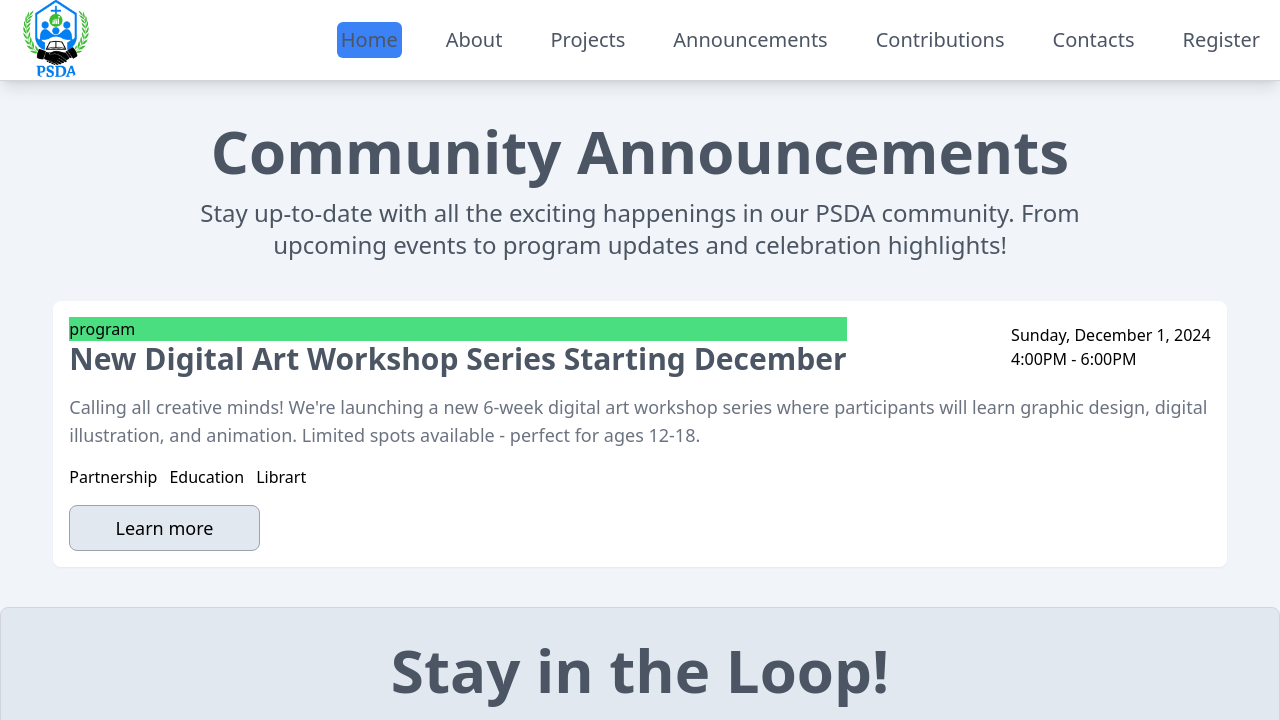
Repository: Zedestar/psda
Page: /announcements
The author's editor kept a copy of each file at every save. The page is drawn from the files as they stood at one save, then again after the next save.
The browser window is 1280 px wide. The pictures show the whole page.
An inner scrolling area shows only its first screen. The project was rebuilt for these pictures with package versions that can differ from the ones it lists, and the page was loaded fresh each time. Also part of the build but not shown: src/components/cards/primary-card.jsx, src/components/cards/two-lines-card.jsx, src/components/homepic/index.jsx, src/pages/home/what-we-do.js, src/pages/home/home.jsx, src/components/cards/leaders-card.jsx, src/components/cards/secondary-card.jsx, src/pages/about/about-us-data.js and 13 more.

Above is the page before, as saved 2025-07-21 19:17:24.

After the next save:
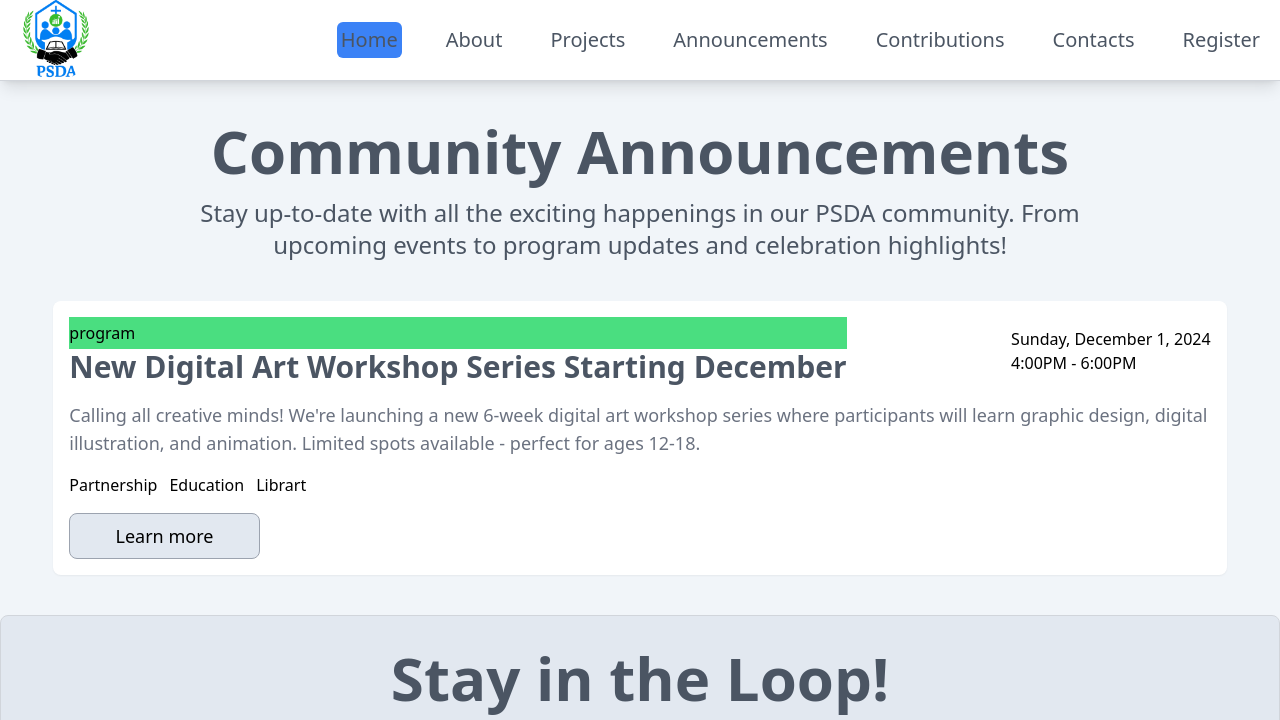
Saved 8 s later.
--- a/src/components/cards/announcement-card.jsx
+++ b/src/components/cards/announcement-card.jsx
@@ -3,7 +3,7 @@ function AnnouncementCard() {
     <div className="flex flex-col bg-white mx-4 p-4 rounded-lg shadow-sm hover:shadow-lg hover:scale-105 transition w-11/12 space-y-4">
       <div className="flex items-center justify-between space-x-2  ">
         <div>
-          <p className="bg-green-400 p">program</p>
+          <p className="bg-green-400 py-1">program</p>
           <p className="text-3xl font-bold text-gray-600">
             New Digital Art Workshop Series Starting December
           </p>
